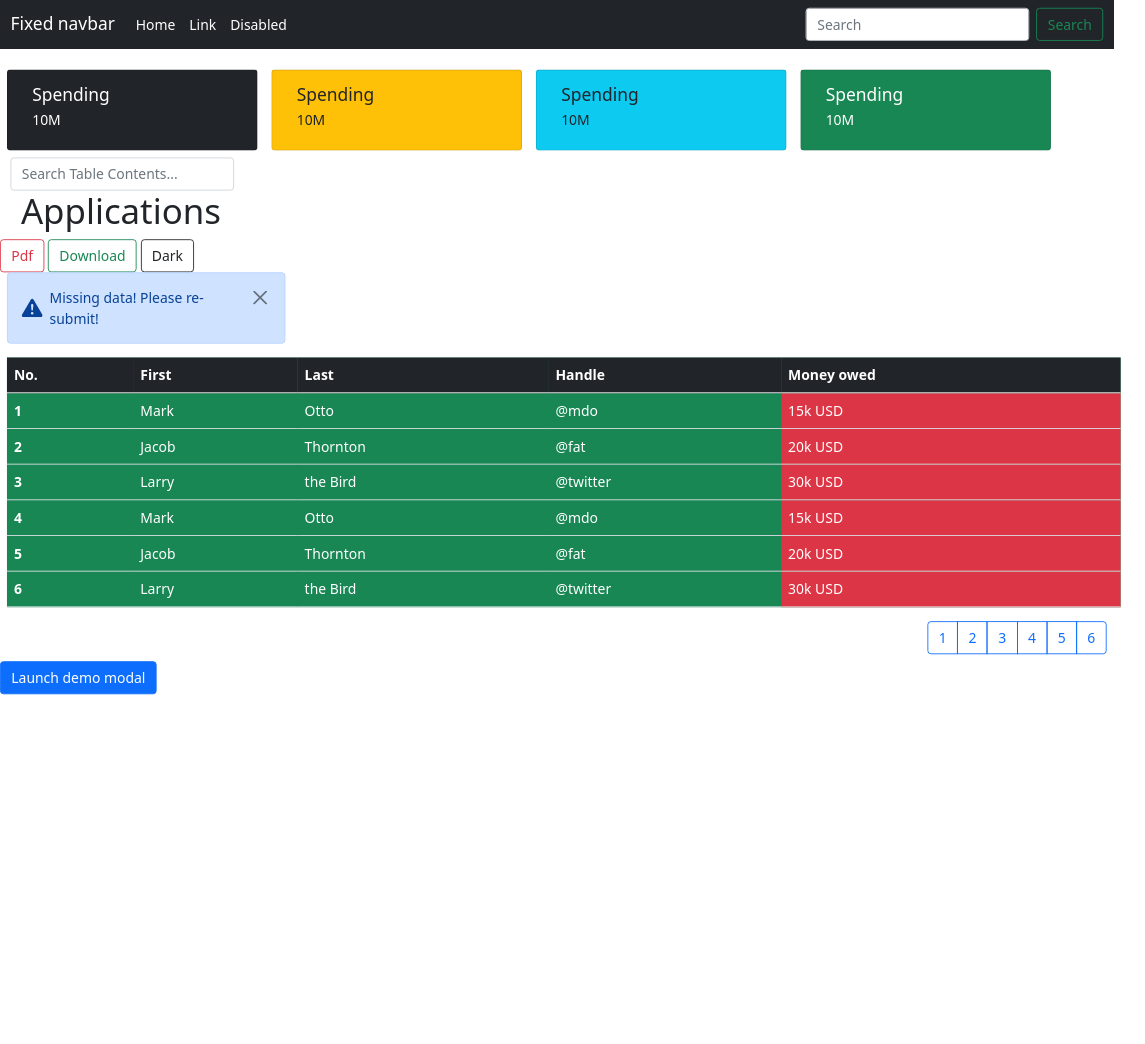
Repository: Dayvid0/BOOTSTRAP-TUTORIALS
Page: BOOTSTRAP-GRID-LAYOUTS/zylo.html
An editor plug-in stored every save of this project. The page is shown before and after the next save, followed by the edit.
The browser window is 1280 px wide. The page is 1316 px wide, so the pictures cover 1316 px, including what lies to the right of the window. The pictures show the whole page, at 87% of full size.

Above is the page before, as saved 2025-02-01 09:31:39.

### BOOTSTRAP-GRID-LAYOUTS/zylo.html
<!doctype html>
<html lang="en">
  <head>
    <!-- Required meta tags -->
    <meta charset="utf-8">
    <meta name="viewport" content="width=device-width, initial-scale=1">
    <!-- Bootstrap CSS -->
    <link href="https://cdn.jsdelivr.net/npm/bootstrap@5.0.2/dist/css/bootstrap.min.css" rel="stylesheet" integrity="sha384-EVSTQN3/azprG1Anm3QDgpJLIm9Nao0Yz1ztcQTwFspd3yD65VohhpuuCOmLASjC" crossorigin="anonymous">
    <title>ZYLO</title>
    <style>
      body {
      min-height: 75rem;
      padding-top: 4.5rem;
}
    </style>
  </head>
  <body>
    <div class="container-fluid">
      <div class="row ">
        <div class="card m-2 col-md-3 bg-dark text-white" style="width: 18rem;">
          <div class="card-body">
            <h5 class="card-title">Spending</h5>
            <h6>10M</h6>
          </div>
        </div>
        <div class="card m-2 col-md-3 bg-warning" style="width: 18rem;">
          <div class="card-body">
            <h5 class="card-title">Spending</h5>
            <h6>10M</h6>
          </div>
        </div>
        <div class="card m-2 col-md-3 bg-info" style="width: 18rem;">
          <div class="card-body">
            <h5 class="card-title">Spending</h5>
            <h6>10M</h6>
          </div>
        </div>
        <div class="card m-2 col-md-3 bg-success text-white" style="width: 18rem;">
          <div class="card-body">
            <h5 class="card-title">Spending</h5>
            <h6>10M</h6>
          </div>
        </div>
      </div>
    </div>
    <nav class="navbar navbar-expand-md navbar-dark fixed-top bg-dark">
      <div class="container-fluid">
        <a class="navbar-brand" href="#">Fixed navbar</a>
        <button class="navbar-toggler" type="button" data-bs-toggle="collapse" data-bs-target="#navbarCollapse" aria-controls="navbarCollapse" aria-expanded="false" aria-label="Toggle navigation">
          <span class="navbar-toggler-icon"></span>
        </button>
        <div class="collapse navbar-collapse" id="navbarCollapse">
          <ul class="navbar-nav me-auto mb-2 mb-md-0">
            <li class="nav-item">
              <a class="nav-link active" aria-current="page" href="#">Home</a>
            </li>
            <li class="nav-item">
              <a class="nav-link active" href="#">Link</a>
            </li>
            <li class="nav-item">
              <a class="nav-link active" href="#" tabindex="-1" aria-disabled="true">Disabled</a>
            </li>
          </ul>
          <form class="d-flex">
            <input class="form-control me-2" type="search" placeholder="Search" aria-label="Search">
            <button class="btn btn-outline-success" type="submit">Search</button>
          </form>
        </div>
      </div>
    </nav>
      <div class="row">
        <input class="form-control  mx-4 w-auto " type="search" placeholder="Search Table Contents..." aria-label="Search">
        <h1 class="mx-4">Applications</h1>
      </div>
      <!--buttons-->
      <div class="col " style="justify-content: end;">
        <button type="button" class="btn btn-outline-danger">Pdf</button>
        <button type="button" class="btn btn-outline-success">Download</button>
        <button type="button" class="btn btn-outline-dark">Dark</button>
      </div>
      <!--Alerts-->
      <div class="alert alert-primary d-flex align-items-left  w-25 mx-2" role="alert">
        <div class="d-flex align-items-center w-">
            <svg xmlns="http://www.w3.org/2000/svg" width="24" height="24" fill="currentColor" class="bi bi-exclamation-triangle-fill flex-shrink-0 me-2" viewBox="0 0 16 16" role="img" aria-label="Warning:">
                <path d="M8.982 1.566a1.13 1.13 0 0 0-1.96 0L.165 13.233c-.457.778.091 1.767.98 1.767h13.713c.889 0 1.438-.99.98-1.767L8.982 1.566zM8 5c.535 0 .954.462.9.995l-.35 3.507a.552.552 0 0 1-1.1 0L7.1 5.995A.905.905 0 0 1 8 5zm.002 6a1 1 0 1 1 0 2 1 1 0 0 1 0-2z"/>
            </svg>
            <div>
                Missing data! Please re-submit!
            </div>
        </div>
        <button type="button" class="btn-close ms-auto" data-bs-dismiss="alert" aria-label="Close"></button>
    </div>
      <!--End of alerts-->
    <table class="table table-hover mx-2 bg-success text-white">
      <thead class="bg-dark text-white">
        <tr >
          <th scope="col">No.</th>
          <th scope="col">First</th>
          <th scope="col">Last</th>
          <th scope="col">Handle</th>
          <th scope="col">Money owed</th>
        </tr>
      </thead>
      <tbody>
        <tr>
          <th scope="row">1</th>
          <td>Mark</td>
          <td>Otto</td>
          <td>@mdo</td>
          <td class="bg-danger">15k USD</td>
        </tr>
        <tr>
          <th scope="row">2</th>
          <td>Jacob</td>
          <td>Thornton</td>
          <td>@fat</td>
          <td class="bg-danger">20k USD</td>
        </tr>
        <tr>
          <th scope="row">3</th>
          <td >Larry </td>
          <td>the Bird</td>
          <td>@twitter</td>
          <td class="bg-danger">30k USD</td>
        </tr>
        <tr>
          <th scope="row">4</th>
          <td>Mark</td>
          <td>Otto</td>
          <td>@mdo</td>
          <td class="bg-danger">15k USD</td>
        </tr>
        <tr>
          <th scope="row">5</th>
          <td>Jacob</td>
          <td>Thornton</td>
          <td>@fat</td>
          <td class="bg-danger">20k USD</td>
        </tr>
        <tr>
          <th scope="row">6</th>
          <td>Larry </td>
          <td>the Bird</td>
          <td>@twitter</td>
          <td class="bg-danger">30k USD</td>
        </tr>
      </tbody>
    </table>
    <div class="d-flex justify-content-end m-2">
    <div class="btn-group" role="group" aria-label="Basic example">
      <button type="button" class="btn btn-outline-primary">1</button>
      <button type="button" class="btn btn-outline-primary ">2</button>
      <button type="button" class="btn btn-outline-primary">3</button>
      <button type="button" class="btn btn-outline-primary">4</button>
      <button type="button" class="btn btn-outline-primary ">5</button>
      <button type="button" class="btn btn-outline-primary">6</button>
    </div>
  </div>
  <!-- Button trigger modal -->
<button type="button" class="btn btn-primary" data-bs-toggle="modal" data-bs-target="#exampleModal">
  Launch demo modal
</button>
<!-- Modal -->
<div class="modal fade" id="exampleModal" tabindex="-1" aria-labelledby="exampleModalLabel" aria-hidden="true">
  <div class="modal-dialog">
    <div class="modal-content">
      <div class="modal-header">
        <h5 class="modal-title" id="exampleModalLabel">Modal title</h5>
        <button type="button" class="btn-close" data-bs-dismiss="modal" aria-label="Close"></button>
      </div>
      <div class="modal-body">
        ...
      </div>
      <div class="modal-footer">
        <button type="button" class="btn btn-secondary" data-bs-dismiss="modal">Close</button>
        <button type="button" class="btn btn-primary">Save changes</button>
      </div>
    </div>
  </div>
</div>
    <script src="https://cdn.jsdelivr.net/npm/bootstrap@5.0.2/dist/js/bootstrap.bundle.min.js" integrity="sha384-MrcW6ZMFYlzcLA8Nl+NtUVF0sA7MsXsP1UyJoMp4YLEuNSfAP+JcXn/tWtIaxVXM" crossorigin="anonymous"></script>
  </body>
</html>

After the next save:
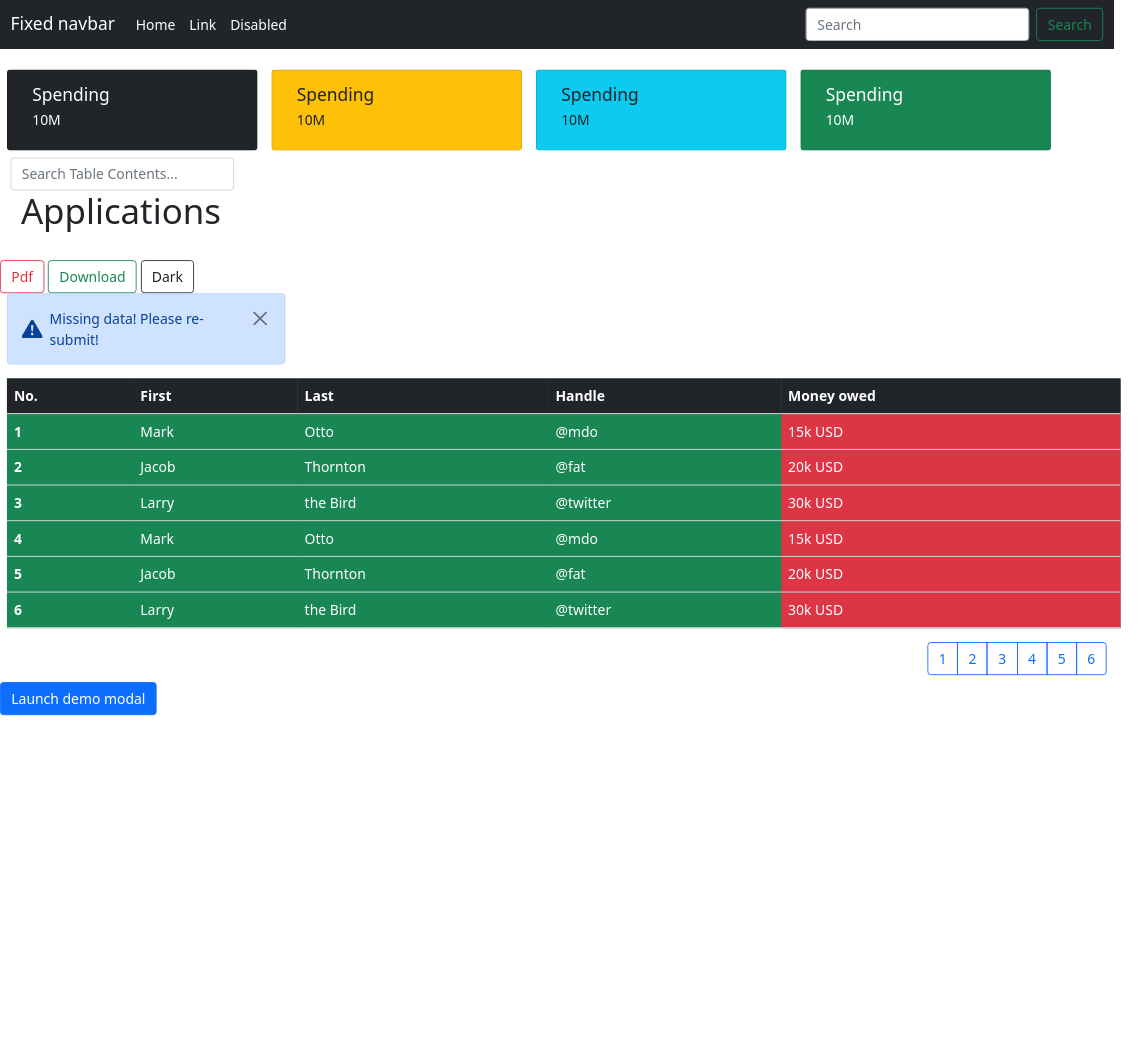
Saved 22 s later.
--- a/BOOTSTRAP-GRID-LAYOUTS/zylo.html
+++ b/BOOTSTRAP-GRID-LAYOUTS/zylo.html
@@ -68,7 +68,7 @@
         </div>
       </div>
     </nav>
-      <div class="row">
+      <div class="row pb-4">
         <input class="form-control  mx-4 w-auto " type="search" placeholder="Search Table Contents..." aria-label="Search">
         <h1 class="mx-4">Applications</h1>
       </div>
